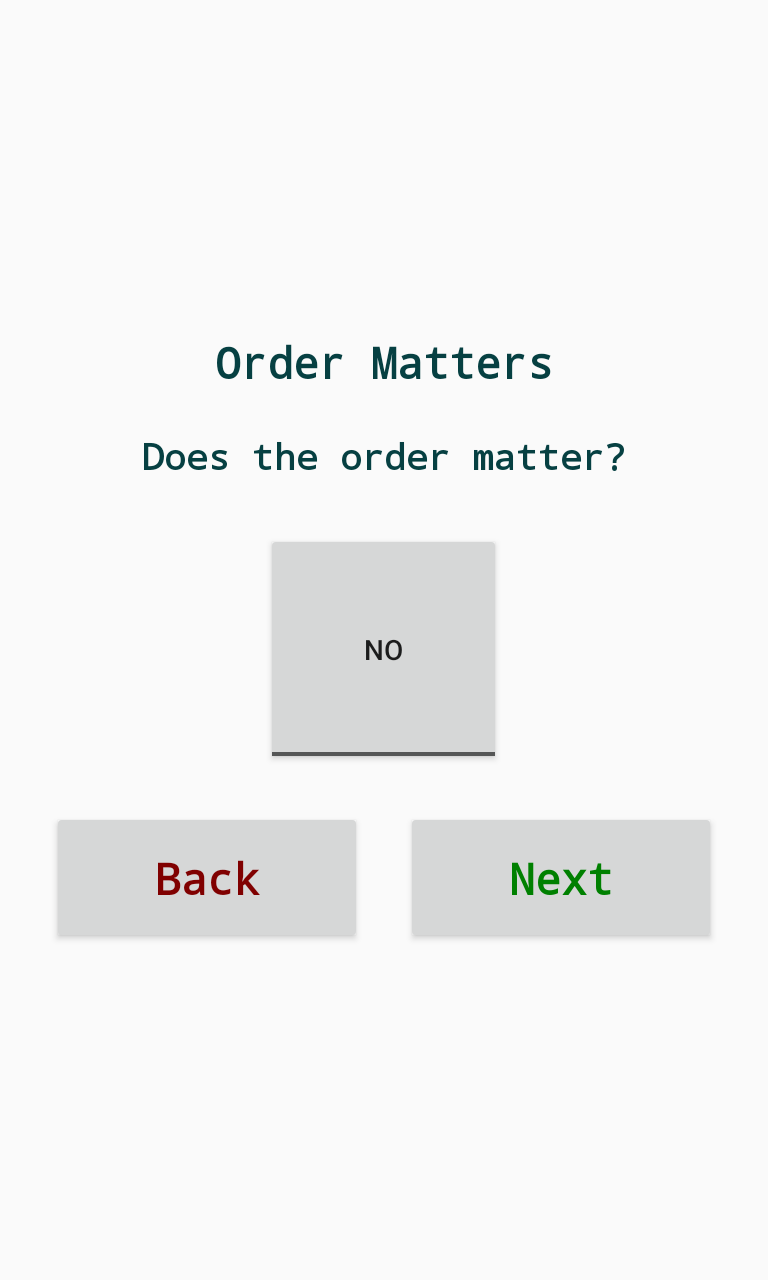
Repository: rontejada1991/Combinations-and-Permutations-Android-App
Layout: combinations/res/layout/activity_order.xml
These files come from the project's save history. The layout is drawn as it stood at one moment and after the next save; the edit follows.
It is drawn on a 768 x 1280 px phone screen (xhdpi) without system bars, with theme AppTheme; the app's code is not run.

Above is the layout before, as saved 2014-11-07 21:10:54.

After the next save:
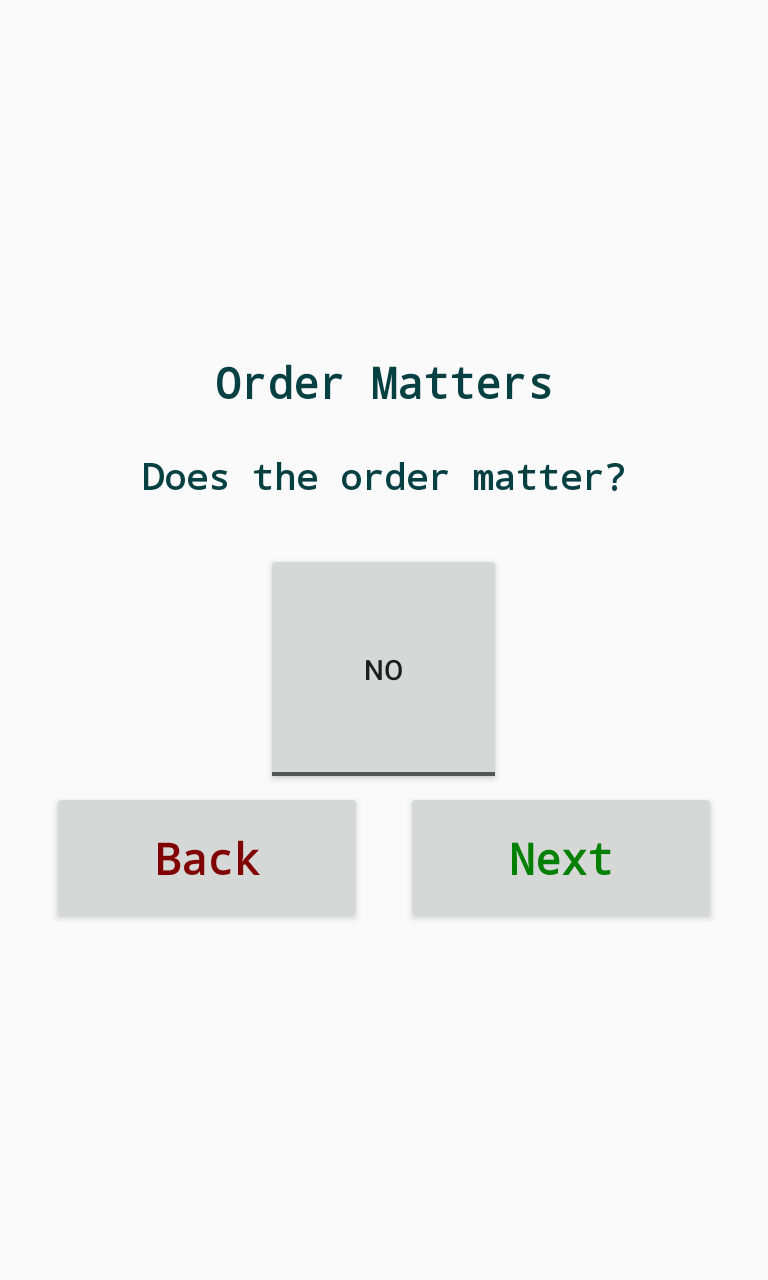
Saved 10 s later.
--- a/combinations/res/layout/activity_order.xml
+++ b/combinations/res/layout/activity_order.xml
@@ -27,8 +27,7 @@
 		    android:layout_height="wrap_content"
 		    android:textOn="Yes"
 		    android:textOff="No"
-		    android:padding="50dp"
-		    android:layout_marginBottom="20dp" />
+		    android:padding="50dp" />
 
 	<LinearLayout
 	    android:layout_width="fill_parent"

After the save that followed:
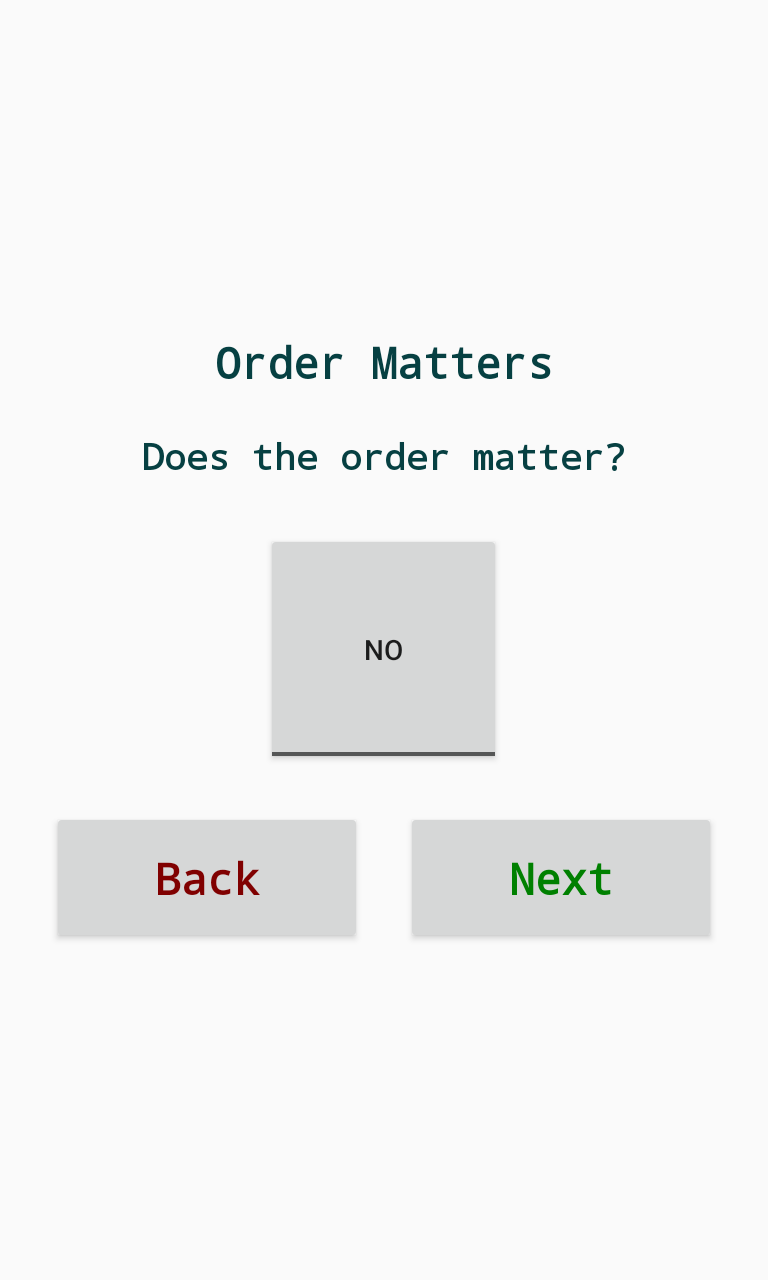
Saved 4 s later.
--- a/combinations/res/layout/activity_order.xml
+++ b/combinations/res/layout/activity_order.xml
@@ -27,7 +27,8 @@
 		    android:layout_height="wrap_content"
 		    android:textOn="Yes"
 		    android:textOff="No"
-		    android:padding="50dp" />
+		    android:padding="50dp"
+		    android:layout_marginBottom="20dp" />
 
 	<LinearLayout
 	    android:layout_width="fill_parent"
